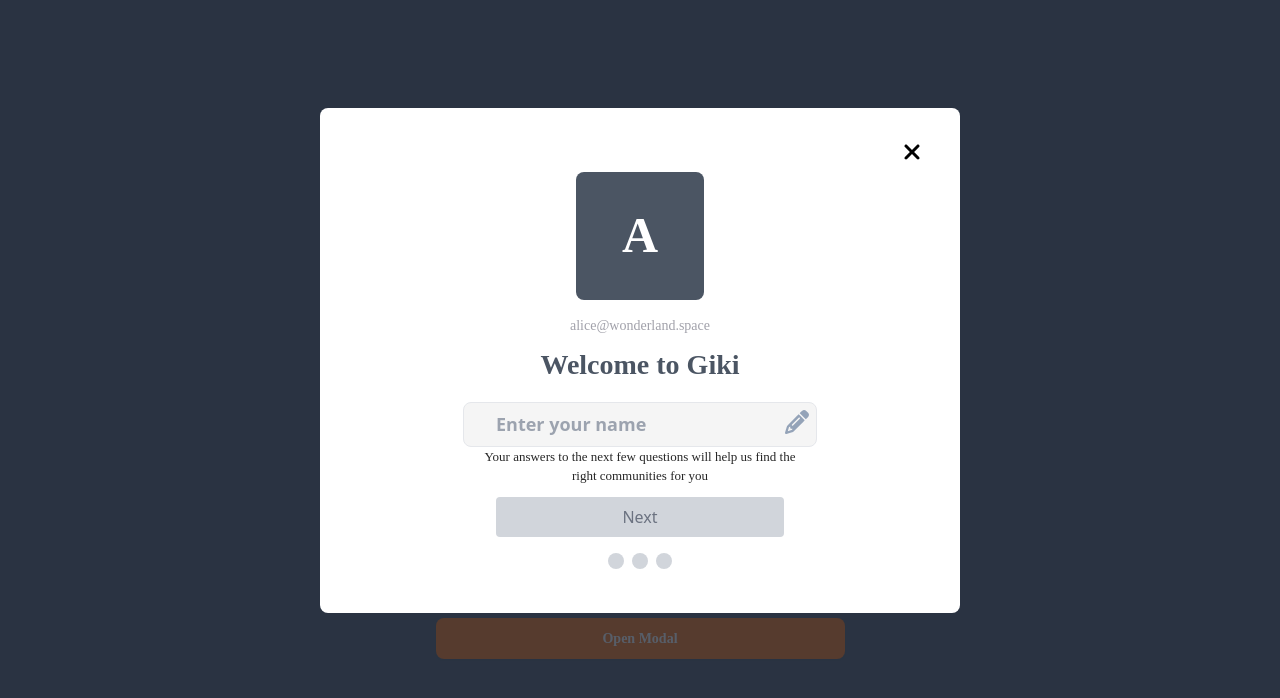
Repository: ZakariaZhlat125/lucatctyteste
Page: /, after clicking the first element matching `button.mt-36`
The author's editor kept a copy of each file at every save. The page is drawn from the files as they stood at one save, then again after the next save.
The browser window is 1280 px wide. The pictures show the whole page.
The project was rebuilt for these pictures with package versions that can differ from the ones it lists, and the page was loaded fresh each time. Also part of the build but not shown: vite.config.js, src/Components/ModalComponents/PickLang.jsx, src/Components/ModalComponents/SelectImage.jsx.

Above is the page before, as saved 2023-09-29 14:13:12.

After the next save:
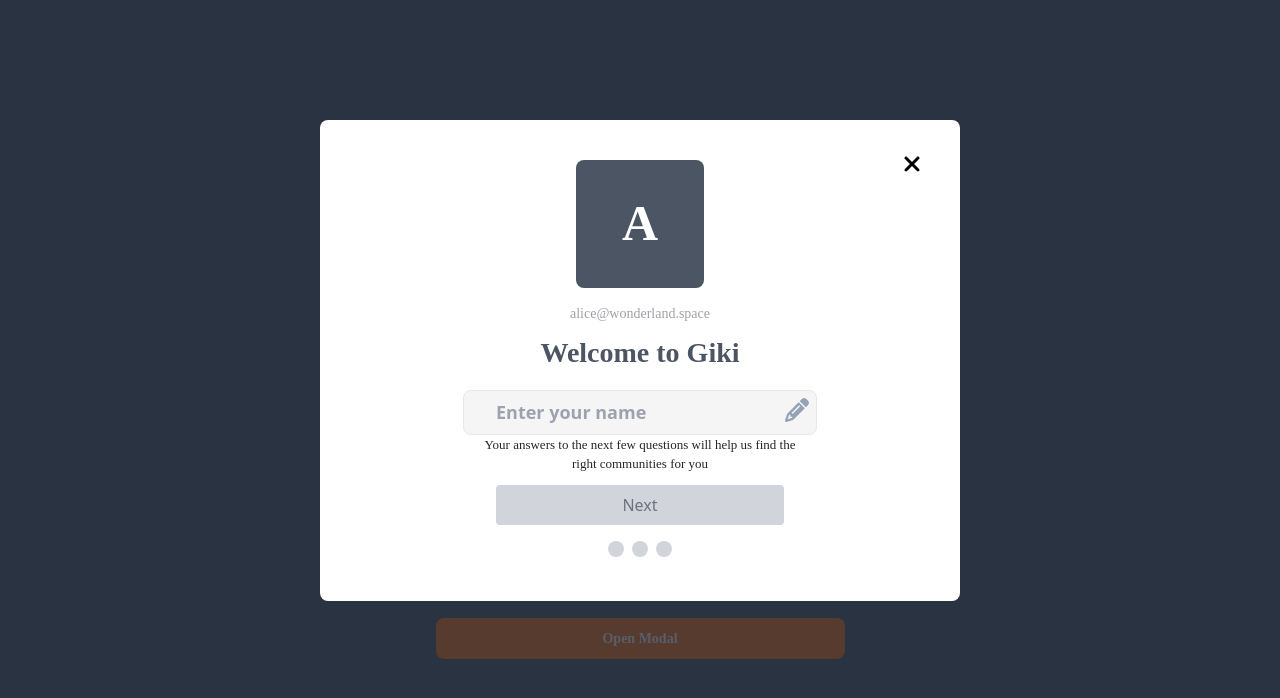
Saved 81 s later.
--- a/src/Components/ModalComponents/Modal.jsx
+++ b/src/Components/ModalComponents/Modal.jsx
@@ -55,7 +55,7 @@
         <FontAwesomeIcon
           icon={faTimes}
           onClick={onClose}
-          className="w-8 h-6 self-end cursor-pointer"
+          className="absolute w-8 h-6 self-end cursor-pointer"
         />
         {currentPage === 1 && (
           <Welcom
